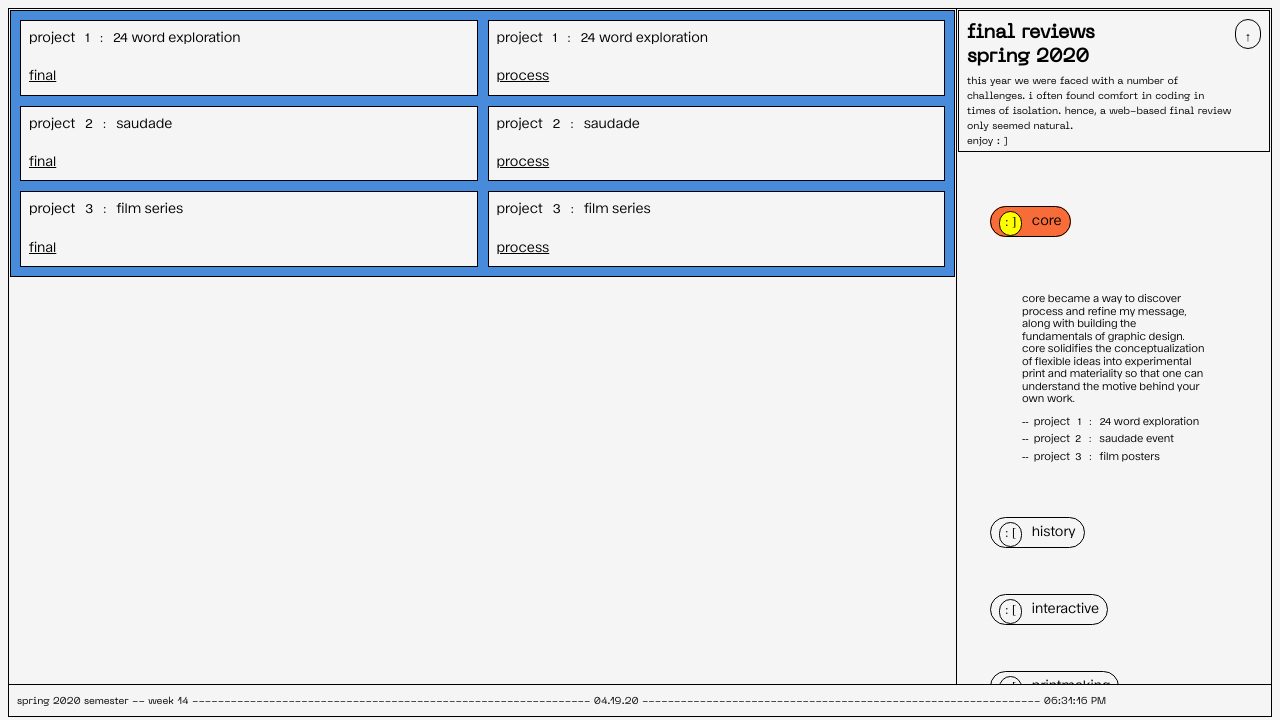
Repository: ayoungblood2/Spring-Semester-2020
Page: index v2/classes/core.html
The author's editor kept a copy of each file at every save. The page is drawn from the files as they stood at one save, then again after the next save.
The browser window is 1280 px wide. The pictures show the whole page.
Some web libraries are served in a nearby version.

Above is the page before, as saved 2020-04-19 19:43:12.

After the next save:
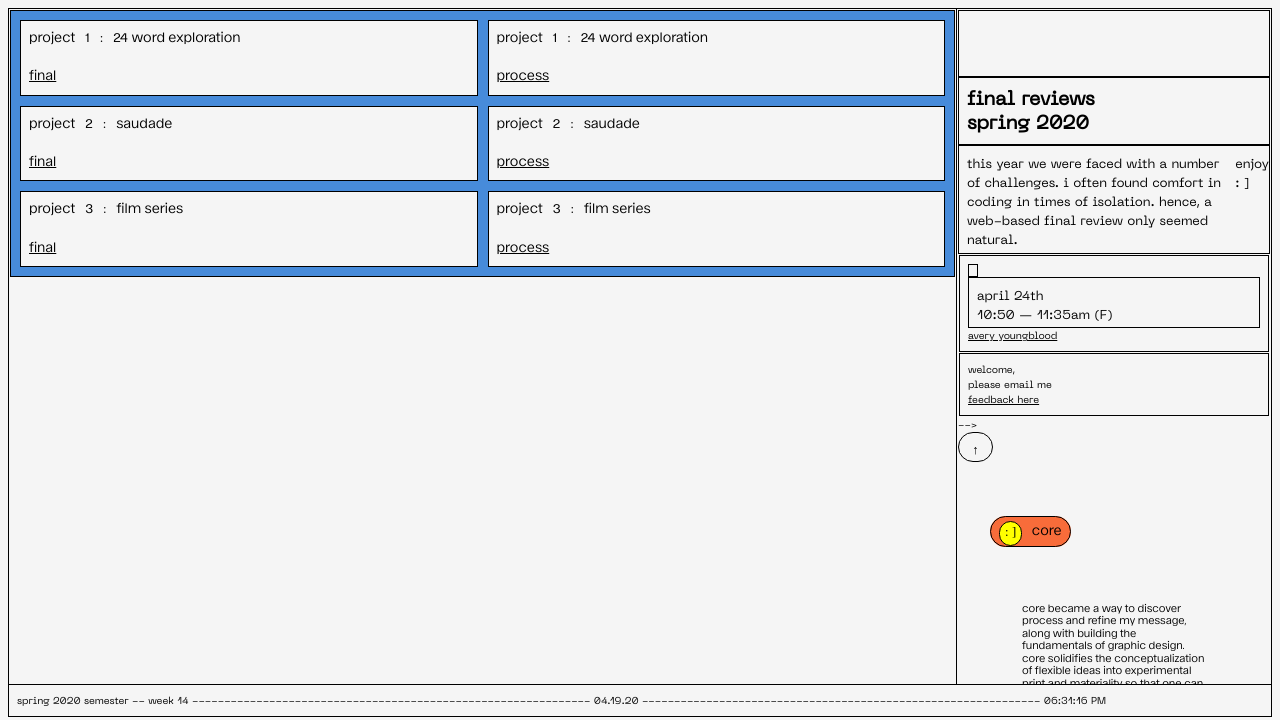
Saved 2 min 26 s later.
--- a/index v2/classes/core.html
+++ b/index v2/classes/core.html
@@ -124,7 +124,23 @@
                                 i often found comfort in coding in times of isolation.
                                 hence, a web-based final review only seemed natural. </p>
                             <p> enjoy : ] </p>
-
+                            <header class="PageHeader PageHeader--home">
+
+                                <section class="PageHeader-classInfo">
+                                    april 24th
+                                    <br>10:50 — 11:35am (F)
+                                    <br><a href="https://www.art.yale.edu/AveryYoungblood" target="_blank" class="PageHeader--link">avery
+                                        youngblood</a>
+                                </section>
+                            </header>
+
+                            <header class="PageHeader PageHeader--home">
+                                <section class="PageHeader-classInfo">
+                                    welcome,
+                                    <br> please email me
+                                    <br><a href="avery.youngblood@yale.edu" class="PageHeader--link">feedback here</a>
+                                </section>
+                            </header> -->
                     </span>
                     </span>
 
